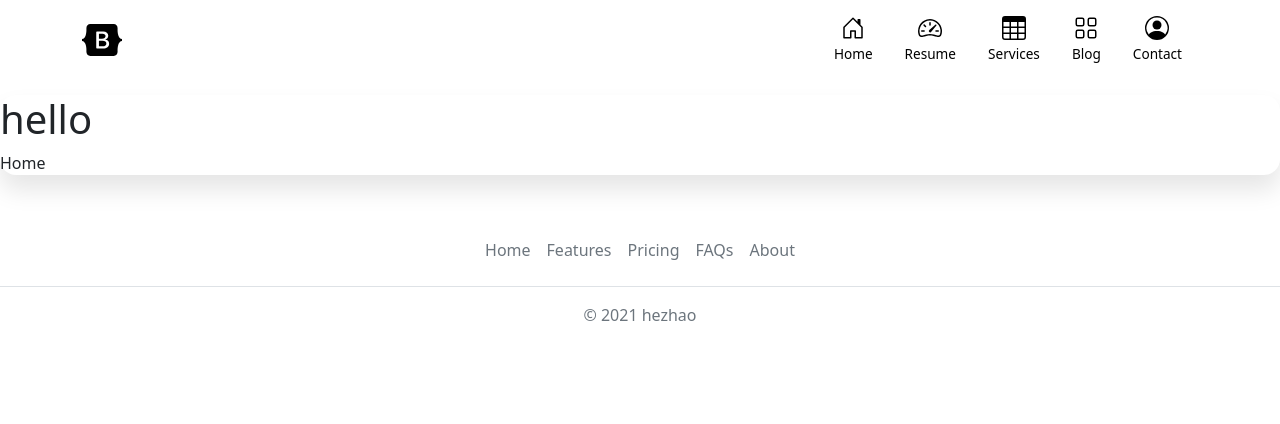
Repository: HeZhao-hugh/personal-web
Page: index.html
An editor plug-in stored every save of this project. The page is shown before and after the next save, followed by the edit.
The browser window is 1280 px wide. The pictures show the whole page.

Above is the page before, as saved 2022-01-19 17:58:44.

After the next save:
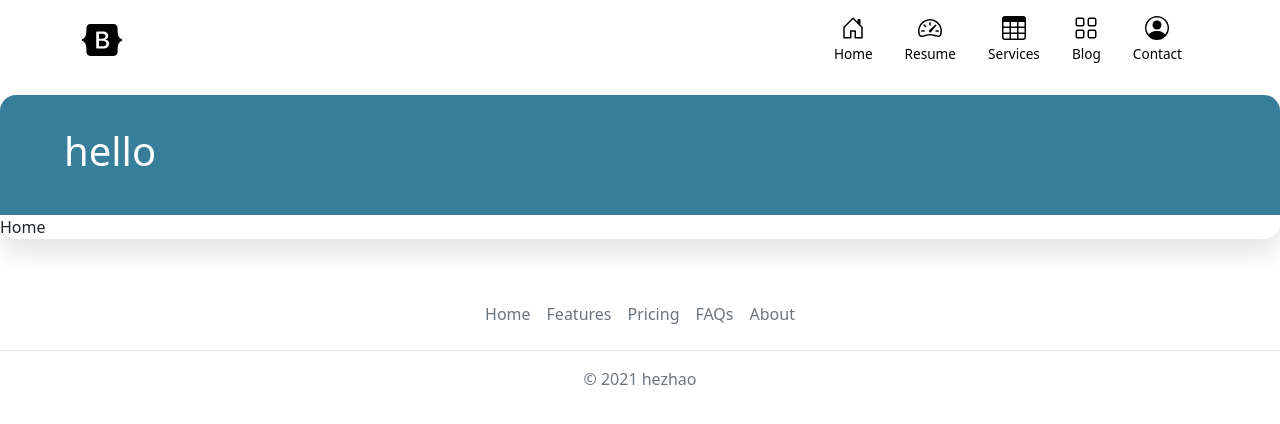
Saved 11 s later.
--- a/style.css
+++ b/style.css
@@ -49,7 +49,7 @@
     visibility: visible;
     opacity: 1;
   }
-  .page__header {
+  .page_header {
     padding: 32px 64px;
     background-color: #377e9a;
     color: white;
